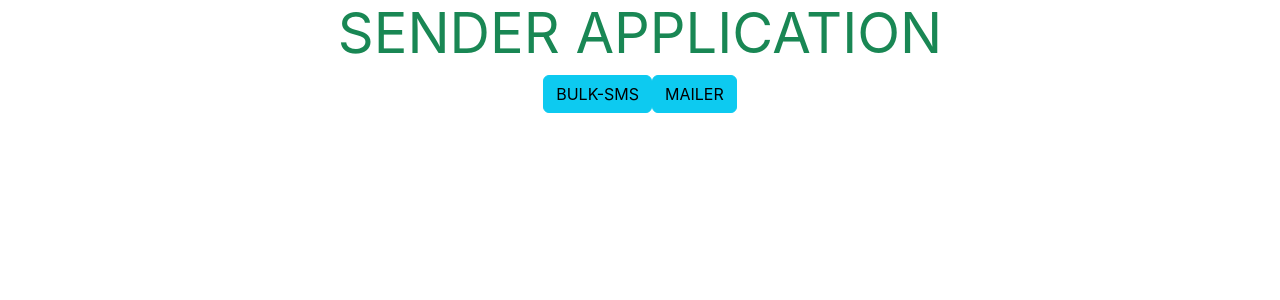
Repository: oluwaseyi9325/react-redux
Page: /mailer
The author's editor kept a copy of each file at every save. The page is drawn from the files as they stood at one save, then again after the next save.
The browser window is 1280 px wide. The pictures show the whole page.
The project was rebuilt for these pictures with package versions that can differ from the ones it lists, and the page was loaded fresh each time. Also part of the build but not shown: src/Pages/Index.tsx, src/Pages/NotFond.tsx.

Above is the page before, as saved 2023-04-18 17:16:21.

### public/index.html
<!DOCTYPE html>
<html lang="en">

<head>
  <meta charset="utf-8" />
  <link rel="icon" href="%PUBLIC_URL%/favicon.ico" />
  <meta name="viewport" content="width=device-width, initial-scale=1" />
  <meta name="theme-color" content="#000000" />
  <meta name="description" content="Web site created using create-react-app" />
  <link rel="apple-touch-icon" href="%PUBLIC_URL%/logo192.png" />
  <link rel="manifest" href="%PUBLIC_URL%/manifest.json" />
  <link href="https://cdn.jsdelivr.net/npm/bootstrap@5.2.3/dist/css/bootstrap.min.css" rel="stylesheet" integrity="sha384-rbsA2VBKQhggwzxH7pPCaAqO46MgnOM80zW1RWuH61DGLwZJEdK2Kadq2F9CUG65" crossorigin="anonymous">
  <script src="https://cdn.jsdelivr.net/npm/bootstrap@5.2.3/dist/js/bootstrap.bundle.min.js" integrity="sha384-kenU1KFdBIe4zVF0s0G1M5b4hcpxyD9F7jL+jjXkk+Q2h455rYXK/7HAuoJl+0I4" crossorigin="anonymous"></script>
  <link rel="stylesheet" href="https://cdn.jsdelivr.net/npm/bootstrap-icons@1.10.3/font/bootstrap-icons.css">
  <title>SMS SENDER</title>
</head>

<body>
  <noscript>You need to enable JavaScript to run this app.</noscript>
  <div id="root"></div>
</body>

</html>

### src/index.tsx
import React from 'react';
import ReactDOM from 'react-dom/client';
import './index.css';
import App from './App';
import reportWebVitals from './reportWebVitals';
import { BrowserRouter } from 'react-router-dom';

const root = ReactDOM.createRoot(
  document.getElementById('root') as HTMLElement
);
root.render(
  <React.StrictMode>
    <BrowserRouter>
    <App />

    </BrowserRouter>
  </React.StrictMode>
);

// If you want to start measuring performance in your app, pass a function
// to log results (for example: reportWebVitals(console.log))
// or send to an analytics endpoint. Learn more: https://bit.ly/CRA-vitals
reportWebVitals();

### src/App.tsx
import React from 'react'
import { Route, Router, Routes } from 'react-router-dom'
import Index from './Pages/Index'
import Mailer from './Pages/Mailer'
import NotFond from './Pages/NotFond'

const App = () => {

  return (
    <>
    <Routes>
      <Route path='/' element={<Index/>} />
      <Route path='/mailer' element={<Mailer/>} />
      <Route path='*' element={<NotFond/>}/>
    </Routes>
    </>
  )
}

export default App

### src/Pages/Mailer.tsx
import React from 'react'
import NavBar from '../Components/NavBar'

const Mailer = () => {
  return (
    <div>
      <NavBar/>
    </div>
  )
}

export default Mailer

### src/Components/NavBar.tsx
import React from 'react'

const NavBar = () => {
  return (
    <>

      <div className='text-center'>
        <h4 className='text-success display-4'><b>SENDER APPLICATION</b></h4>
        <div className='gap-4'>
            <button className='btn btn-info'>BULK-SMS</button>
            <button className='btn btn-info'>MAILER</button>
        </div>
      </div>

    </>
  )
}

export default NavBar

Loaded but not shown: src/index.css (common file); src/reportWebVitals.ts (common file)

After the next save:
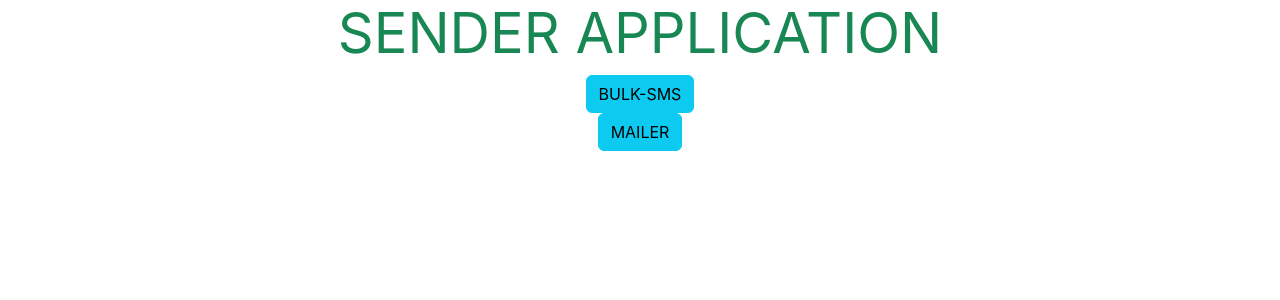
Saved 11 s later.
--- a/src/Components/NavBar.tsx
+++ b/src/Components/NavBar.tsx
@@ -8,7 +8,9 @@
         <h4 className='text-success display-4'><b>SENDER APPLICATION</b></h4>
         <div className='gap-4'>
             <button className='btn btn-info'>BULK-SMS</button>
-            <button className='btn btn-info'>MAILER</button>
+           <div>
+           <button className='btn btn-info'>MAILER</button>
+           </div>
         </div>
       </div>
 
